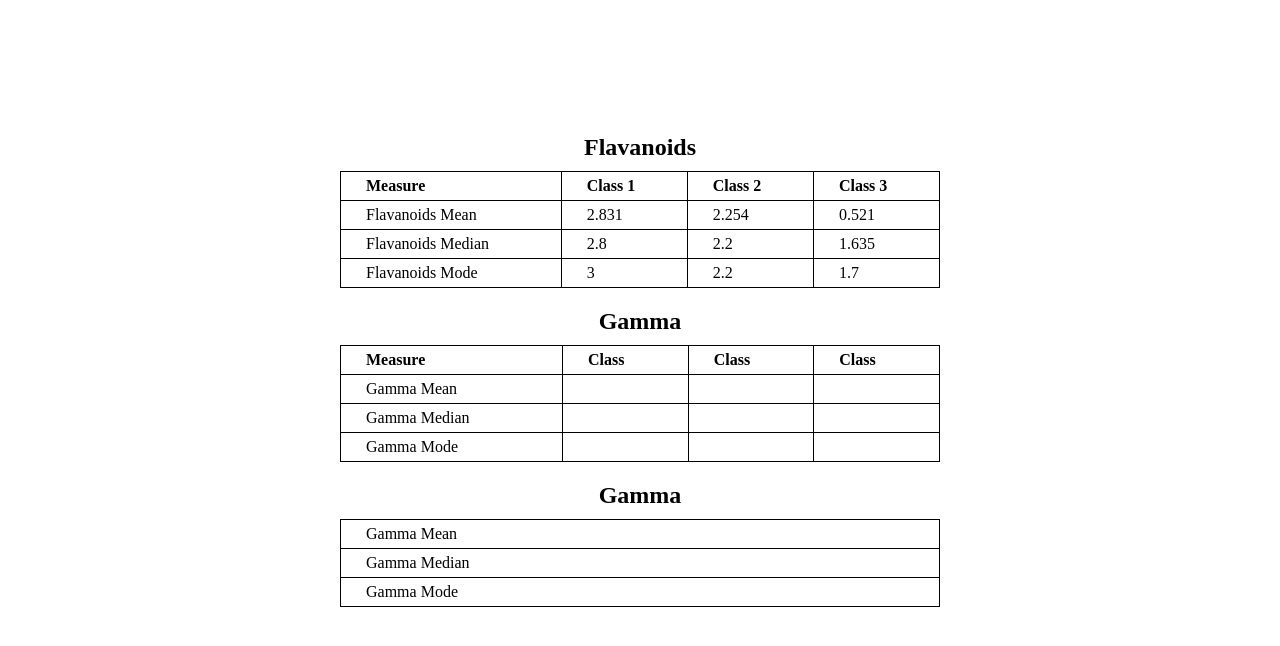
Repository: Rahul6395/WineAlcohol-Calculate
Page: /
The author's editor kept a copy of each file at every save. The page is drawn from the files as they stood at one save, then again after a run of saves.
The browser window is 1280 px wide. The pictures show the whole page.
The project was rebuilt for these pictures with package versions that can differ from the ones it lists, and the page was loaded fresh each time.

Above is the page before, as saved 2023-05-24 23:31:43.

After the next 2 saves:
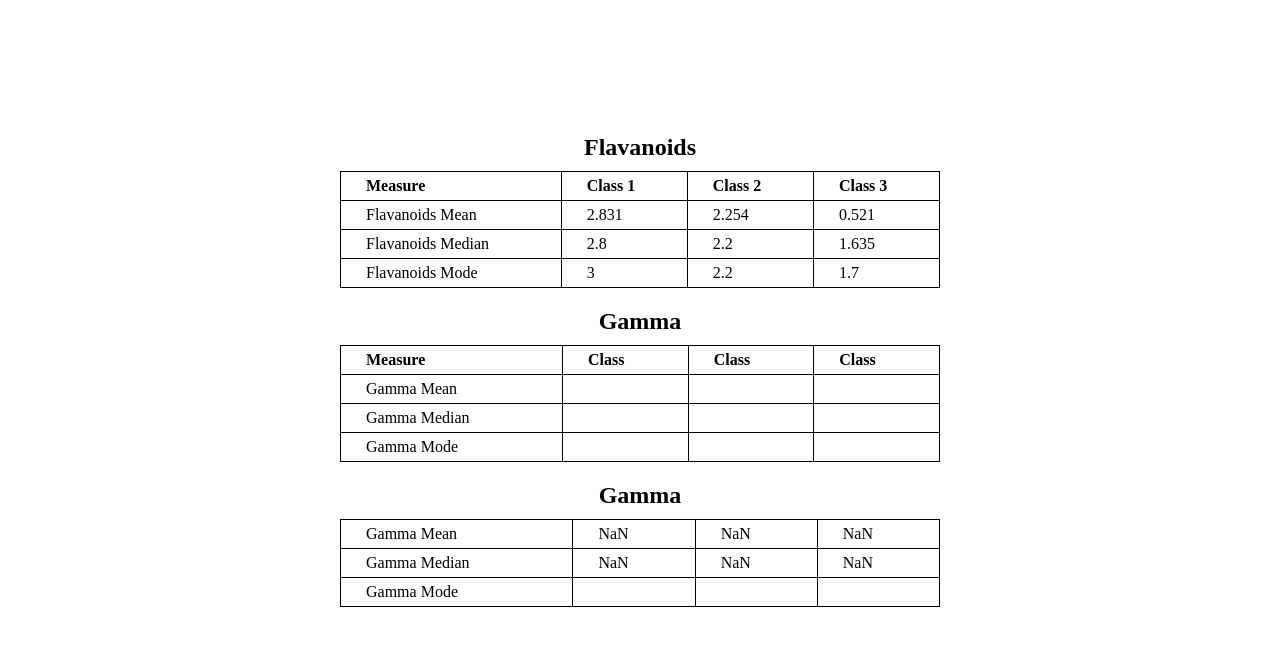
The 2 saves are shown as one change because 1 did not build or start.
The last was saved 31 s later.
--- a/src/component/Gamma.js
+++ b/src/component/Gamma.js
@@ -17,9 +17,9 @@ const GammaTable = () => {
 
     function calculateMean(data, className) {
         // const filteredData = data.filter(item => item.Alcohol === className);
-      //  console.log("data",data)
+        console.log("data",data)
         const sum = data.reduce((acc, item) => acc + item, 0) / data.length;
-       // console.log("calculateMean",data.length)
+        console.log("calculateMean",data.length)
         return sum;
       }
 
@@ -55,13 +55,10 @@ const GammaTable = () => {
       let red = [] ;
       let green = [] ;
       const statsByClass = Object.entries(gammaByClass).map(([className, gammaValues]) => {
-        if (green[className]) {
-            green[className].push(gammaValues);
-          } else {
-            green[className] = [gammaValues];
-          }
+        red.push(className);
+        green.push(gammaValues)
     })
- console.log("statsByClass ",green.length )
+ //console.log("statsByClass ",green )
 // console.log("gammaByClassstatsByClass ",gammaByClass )
 
   return (
